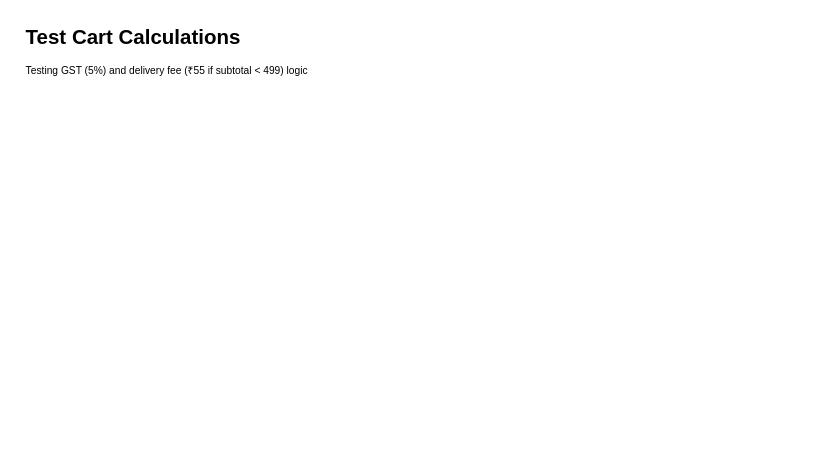
Repository: roydigital/DCB-Finaly-30-Novemeber
Page: test_cart_calculations.html
These files come from the project's save history. The page is drawn as it stood at one moment and after a run of saves; the edit follows.
The browser window is 1280 px wide. The pictures show the whole page, at 64% of full size.

Above is the page before, as saved 2025-12-03 15:05:06.

### test_cart_calculations.html
<!DOCTYPE html>
<html>
<head>
    <title>Test Cart Calculations</title>
    <style>
        body { font-family: Arial, sans-serif; margin: 40px; }
        .test { margin: 20px 0; padding: 15px; border: 1px solid #ccc; border-radius: 5px; }
        .pass { background-color: #d4edda; border-color: #c3e6cb; }
        .fail { background-color: #f8d7da; border-color: #f5c6cb; }
        .result { font-weight: bold; margin-top: 10px; }
    </style>
</head>
<body>
    <h1>Test Cart Calculations</h1>
    <p>Testing GST (5%) and delivery fee (₹55 if subtotal < 499) logic</p>

    <div id="test-results"></div>

    <script>
        // Test cases
        const testCases = [
            { subtotal: 0, expectedGST: 0, expectedDelivery: 0, expectedTotal: 0, description: "Empty cart" },
            { subtotal: 100, expectedGST: 5, expectedDelivery: 55, expectedTotal: 160, description: "Subtotal ₹100 (< 499)" },
            { subtotal: 300, expectedGST: 15, expectedDelivery: 55, expectedTotal: 370, description: "Subtotal ₹300 (< 499)" },
            { subtotal: 498, expectedGST: 25, expectedDelivery: 55, expectedTotal: 578, description: "Subtotal ₹498 (< 499)" },
            { subtotal: 499, expectedGST: 25, expectedDelivery: 0, expectedTotal: 524, description: "Subtotal ₹499 (>= 499)" },
            { subtotal: 500, expectedGST: 25, expectedDelivery: 0, expectedTotal: 525, description: "Subtotal ₹500 (>= 499)" },
            { subtotal: 1000, expectedGST: 50, expectedDelivery: 0, expectedTotal: 1050, description: "Subtotal ₹1000 (>= 499)" },
            { subtotal: 1500, expectedGST: 75, expectedDelivery: 0, expectedTotal: 1575, description: "Subtotal ₹1500 (>= 499)" }
        ];

        function calculateCart(subtotal) {
            const gst = Math.round(subtotal * 0.05); // 5% GST
            const deliveryFee = subtotal < 499 ? 55 : 0; // ₹55 delivery if subtotal < 499
            const total = subtotal + gst + deliveryFee;
            return { gst, deliveryFee, total };
        }

        function runTests() {
            const container = document.getElementById('test-results');
            let allPassed = true;

            testCases.forEach((testCase, index) => {
                const result = calculateCart(testCase.subtotal);
                const passed =
                    result.gst === testCase.expectedGST &&
                    result.deliveryFee === testCase.expectedDelivery &&
                    result.total === testCase.expectedTotal;

                allPassed = allPassed && passed;

                const testDiv = document.createElement('div');
                testDiv.className = `test ${passed ? 'pass' : 'fail'}`;
                testDiv.innerHTML = `
                    <h3>Test ${index + 1}: ${testCase.description}</h3>
                    <p>Subtotal: ₹${testCase.subtotal}</p>
                    <p>Expected: GST=₹${testCase.expectedGST}, Delivery=₹${testCase.expectedDelivery}, Total=₹${testCase.expectedTotal}</p>

After the next 2 saves:
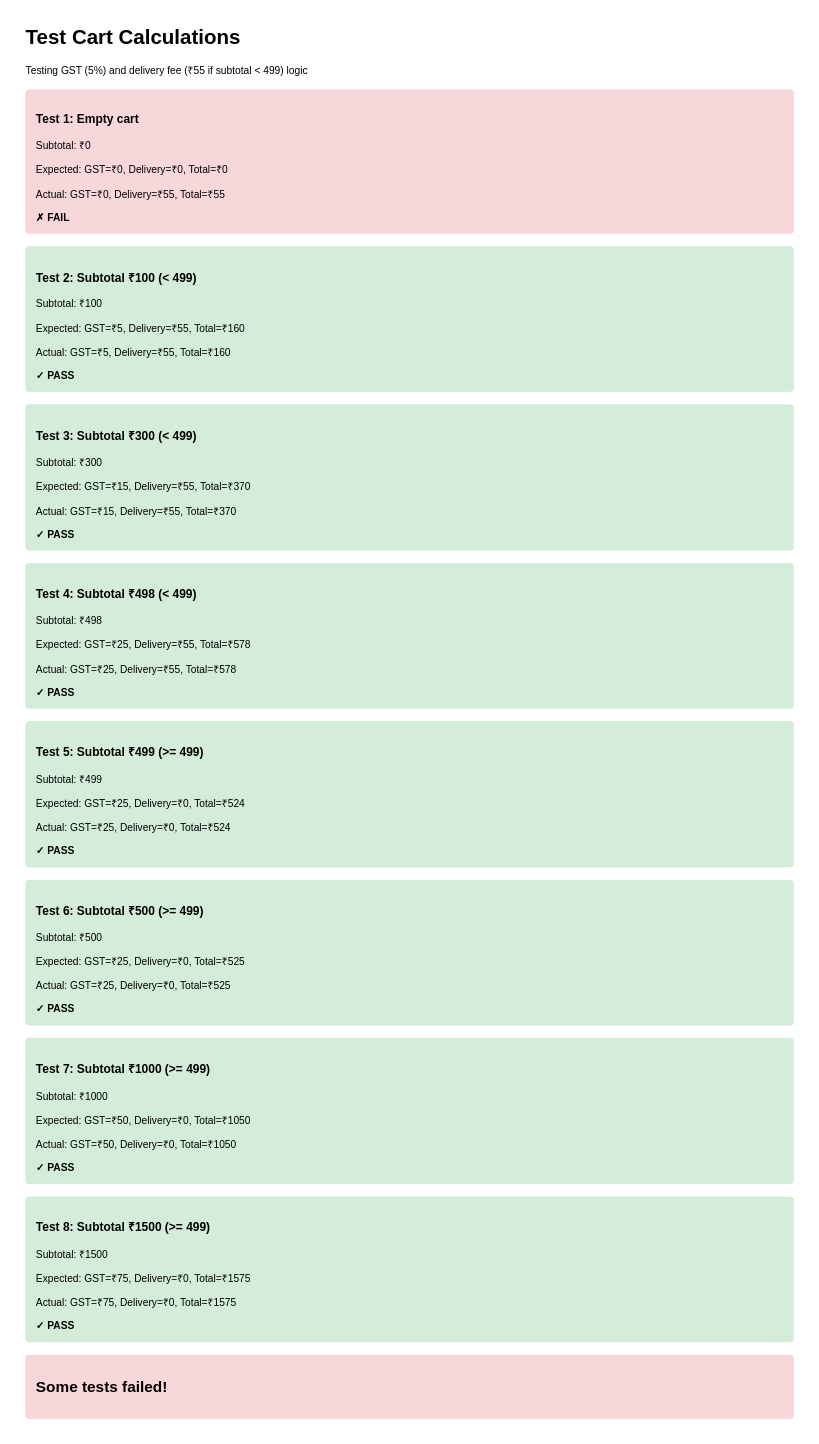
The 2 saves are shown as one change because they came seconds apart.
The last was saved 9 s later.
--- a/test_cart_calculations.html
+++ b/test_cart_calculations.html
@@ -55,3 +55,21 @@
                     <h3>Test ${index + 1}: ${testCase.description}</h3>
                     <p>Subtotal: ₹${testCase.subtotal}</p>
                     <p>Expected: GST=₹${testCase.expectedGST}, Delivery=₹${testCase.expectedDelivery}, Total=₹${testCase.expectedTotal}</p>
+                    <p>Actual: GST=₹${result.gst}, Delivery=₹${result.deliveryFee}, Total=₹${result.total}</p>
+                    <div class="result">${passed ? '✓ PASS' : '✗ FAIL'}</div>
+                `;
+
+                container.appendChild(testDiv);
+            });
+
+            const summary = document.createElement('div');
+            summary.className = `test ${allPassed ? 'pass' : 'fail'}`;
+            summary.innerHTML = `<h2>${allPassed ? 'All tests passed!' : 'Some tests failed!'}</h2>`;
+            container.appendChild(summary);
+        }
+
+        // Run tests when page loads
+        document.addEventListener('DOMContentLoaded', runTests);
+    </script>
+</body>
+</html>
